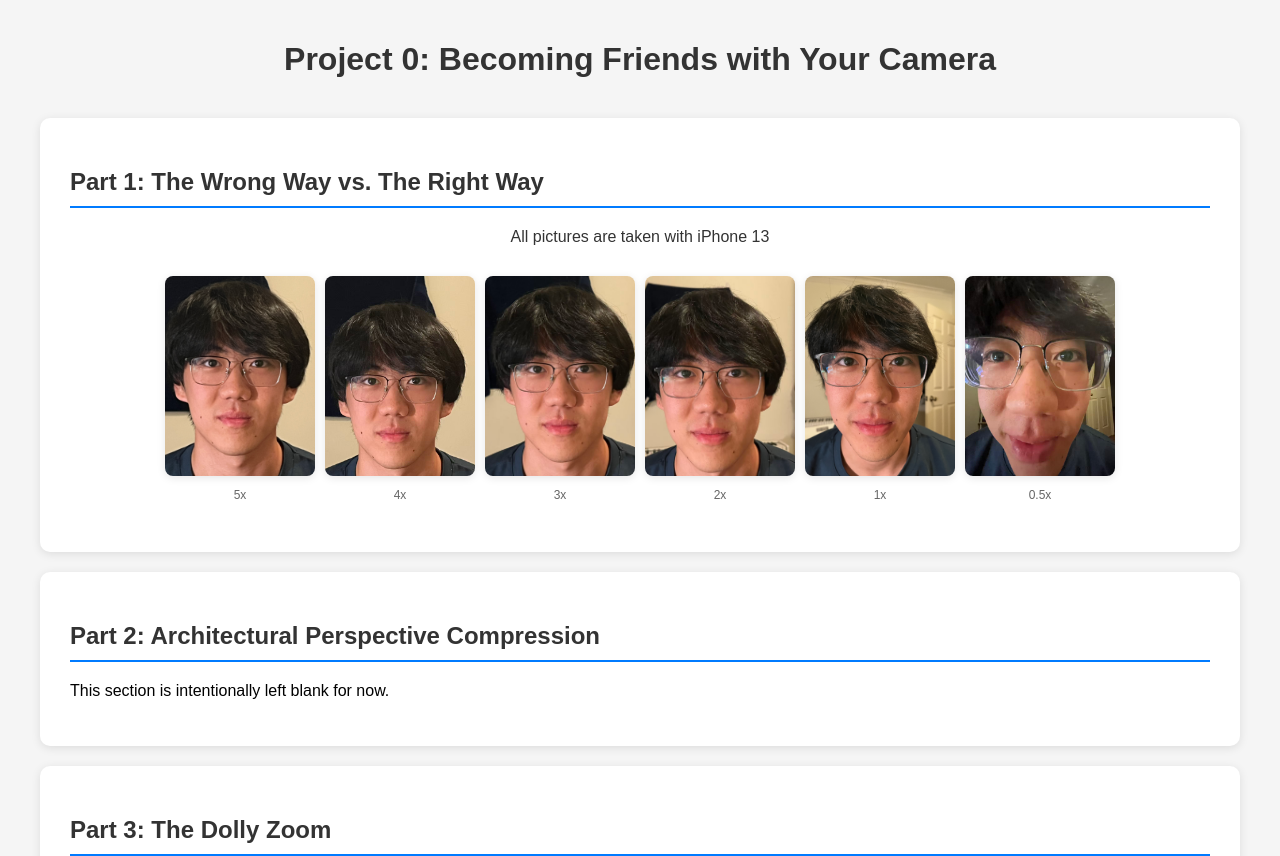
Repository: shuo-yuan/shuo-yuan.github.io
Page: 0/index.html
An editor plug-in stored every save of this project. The page is shown before and after the next save, followed by the edit.
The browser window is 1280 px wide. The pictures show the part of the page from y = 0 to 856 px (the page is 1342 px tall before and 1304 px after).
A picture or video elsewhere on the page could not be fetched, so the positions and the page height are approximate.

Above is the page before, as saved 2025-09-02 02:24:26.

### 0/index.html
<!DOCTYPE html>
<html lang="en">
<head>
    <meta charset="UTF-8">
    <meta name="viewport" content="width=device-width, initial-scale=1.0">
    <title>Project 0: Becoming Friends with Your Camera</title>
    <style>
        body {
            font-family: Arial, sans-serif;
            max-width: 1200px;
            margin: 0 auto;
            padding: 20px;
            background-color: #f5f5f5;
        }

        .part {
            background: white;
            margin: 20px 0;
            padding: 30px;
            border-radius: 10px;
            box-shadow: 0 2px 10px rgba(0,0,0,0.1);
        }

        .part h2 {
            color: #333;
            border-bottom: 2px solid #007bff;
            padding-bottom: 10px;
            margin-bottom: 20px;
        }


        .gif-container {
            text-align: center;
        }

        .gif-container img {
            max-width: 60%;
            height: auto;
            border-radius: 8px;
            box-shadow: 0 4px 15px rgba(0,0,0,0.2);
        }

        .gif-container p {
            margin-top: 15px;
            color: #666;
            font-size: 14px;
        }

        .selfie-row {
            display: flex;
            justify-content: center;
            align-items: center;
            gap: 10px;
            margin: 30px 0 20px 0;
            flex-wrap: wrap;
        }

        .selfie-item {
            display: flex;
            flex-direction: column;
            align-items: center;
            text-align: center;
        }

        .selfie-row img {
            max-width: 200px;
            max-height: 200px;
            width: auto;
            height: auto;
            border-radius: 8px;
            box-shadow: 0 2px 8px rgba(0,0,0,0.1);
            object-fit: cover;
            margin-bottom: 8px;
        }

        .selfie-caption {
            font-size: 12px;
            color: #666;
            font-weight: 500;
            margin-top: 4px;
        }
    </style>
</head>
<body>
    <h1 style="text-align: center; color: #333; margin-bottom: 40px;">Project 0: Becoming Friends with Your Camera</h1>

    <div class="part part1">
        <h2>Part 1: The Wrong Way vs. The Right Way</h2>
        <p style="text-align: center; margin-bottom: 20px; color: #333; font-size: 16px;">All pictures are taken with iPhone 13</p>
        <div class="selfie-row">
            <div class="selfie-item">
                <img src="media/selfie_5.jpg" alt="Selfie 5x">
                <div class="selfie-caption">5x</div>
            </div>
            <div class="selfie-item">
                <img src="media/selfie_4.jpg" alt="Selfie 4x">
                <div class="selfie-caption">4x</div>
            </div>
            <div class="selfie-item">
                <img src="media/selfie_3.jpg" alt="Selfie 3x">
                <div class="selfie-caption">3x</div>
            </div>
            <div class="selfie-item">
                <img src="media/selfie_2.jpg" alt="Selfie 2x">
                <div class="selfie-caption">2x</div>
            </div>
            <div class="selfie-item">
                <img src="media/selfie_1.jpg" alt="Selfie 1x">
                <div class="selfie-caption">1x</div>
            </div>
            <div class="selfie-item">
                <img src="media/selfie_05.jpg" alt="Selfie 0.5x">
                    <div class="selfie-caption">0.5x</div>
            </div>
        </div>
    </div>

    <div class="part part2">
        <h2>Part 2: Architectural Perspective Compression</h2>
        <div class="part2">
            <p>This section is intentionally left blank for now.</p>
        </div>
    </div>

    <div class="part part3">
        <h2>Part 3: The Dolly Zoom</h2>
        <p style="text-align: center; margin-bottom: 20px; color: #333; font-size: 16px;">9 pictures are taken with 1x, 1.5x ... 4.5x, and 5x zoom with the orange juice size about the same across all the pictures.</p>

        <div class="gif-container">
            <img src="../0/media/recurring_animation.gif" alt="Recurring Animation GIF" onerror="this.style.display='none'; this.nextElementSibling.style.display='block';">
        </div>
        <p style="text-align: center; margin-bottom: 20px; color: #333; font-size: 16px;">All pictures are taken with iPhone 13</p>
    </div>
</body>
</html>

After the next save:
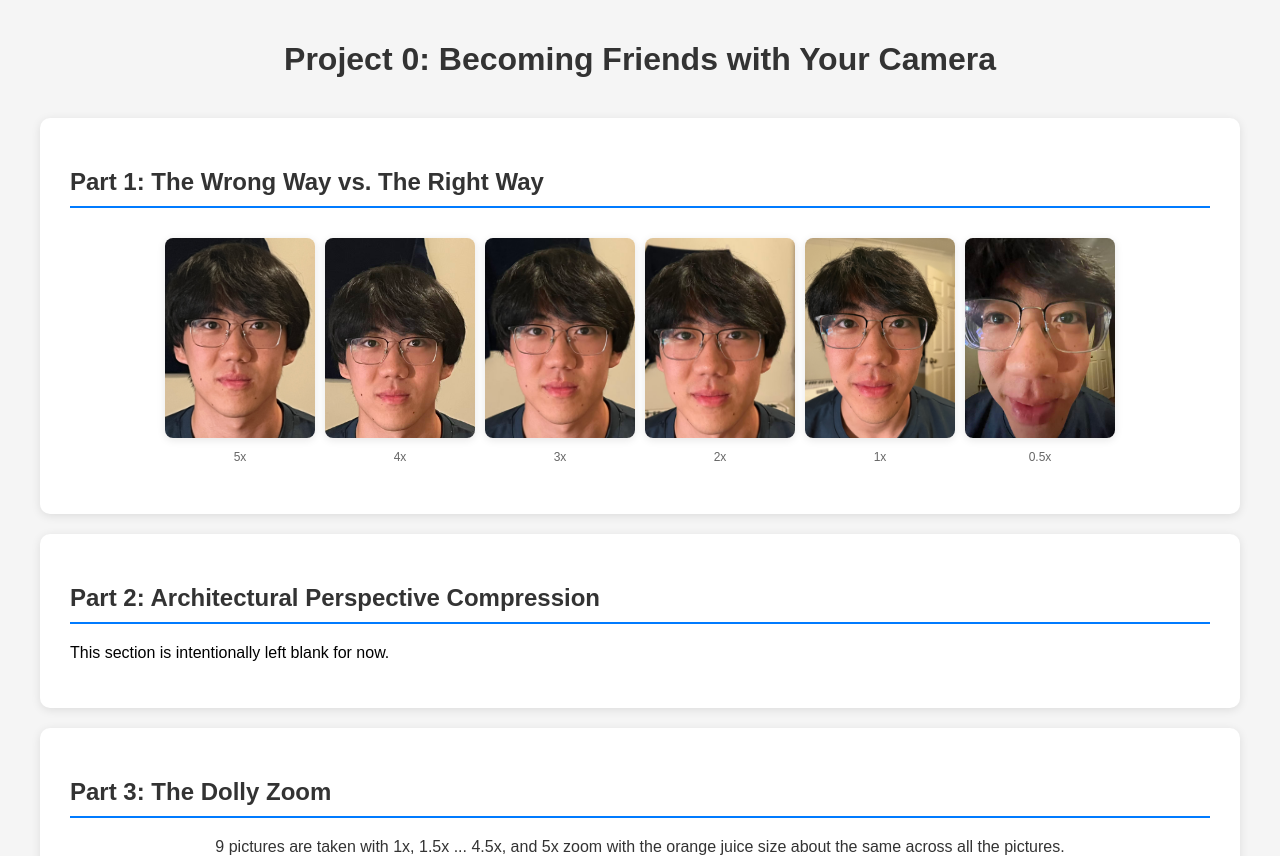
Saved 17 s later.
--- a/0/index.html
+++ b/0/index.html
@@ -86,7 +86,6 @@
 
     <div class="part part1">
         <h2>Part 1: The Wrong Way vs. The Right Way</h2>
-        <p style="text-align: center; margin-bottom: 20px; color: #333; font-size: 16px;">All pictures are taken with iPhone 13</p>
         <div class="selfie-row">
             <div class="selfie-item">
                 <img src="media/selfie_5.jpg" alt="Selfie 5x">
